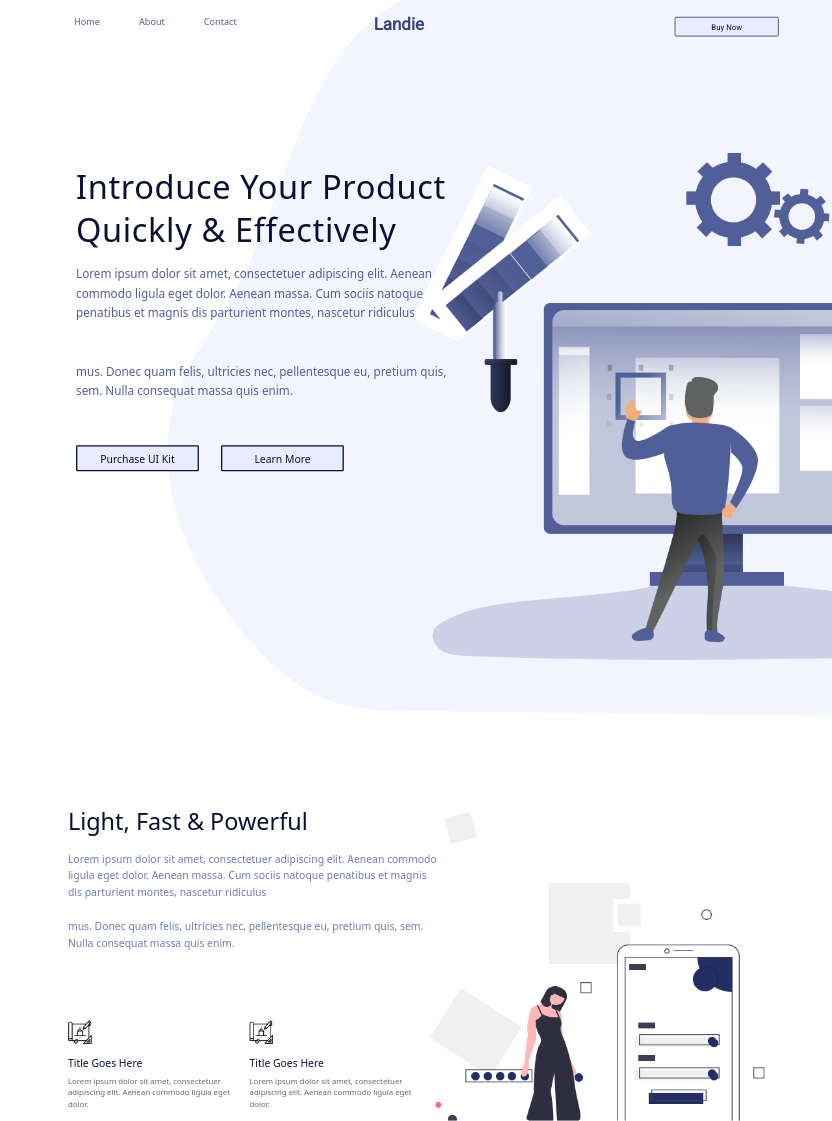
Repository: batonAnton/HW-Lec12-sass-pug
Page: index.html
These files come from the project's save history. The page is drawn as it stood at one moment and after the next save; the edit follows.
The browser window is 1280 px wide. The pictures show the whole page, at 65% of full size.
The style sheet was rebuilt from its Sass, Less or Tailwind sources for each picture, by a compiler version that may differ from the author's.

Above is the page before, as saved 2022-07-29 16:38:13.

After the next save:
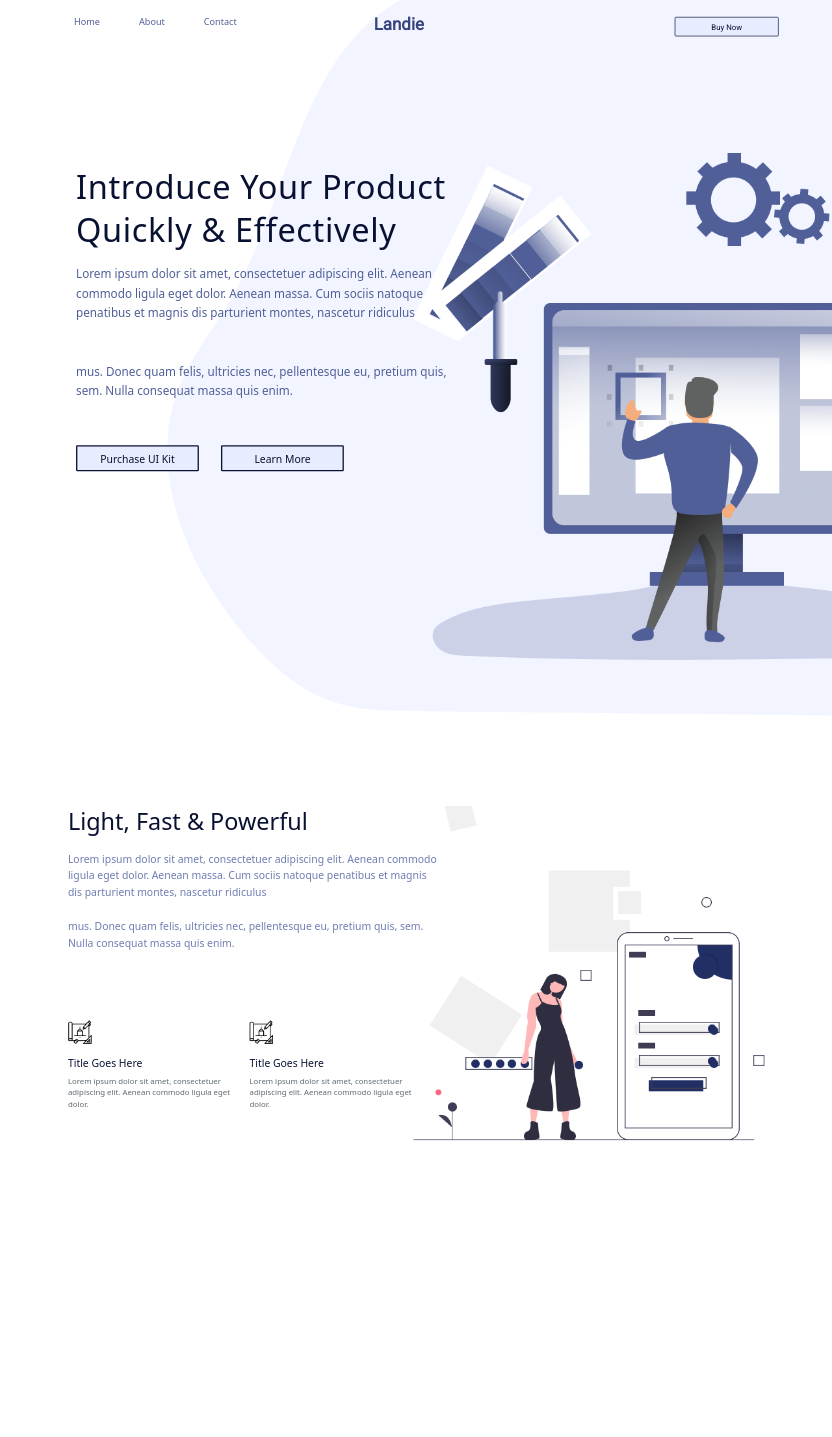
Saved 5 min 57 s later.
--- a/css/style.scss
+++ b/css/style.scss
@@ -119,9 +119,11 @@ header {
 
 section{
     margin-top: 80px ;
+    height: 740px;
     margin-left: 45px;
+    margin-bottom: 230px;
     background-image: url(../image/section1/section-bg.png);
-    background-position: 85% -20%;
+    background-position: 85% -5%;
     background-repeat: no-repeat;
     h1{
         // font-family: 'Roboto';
